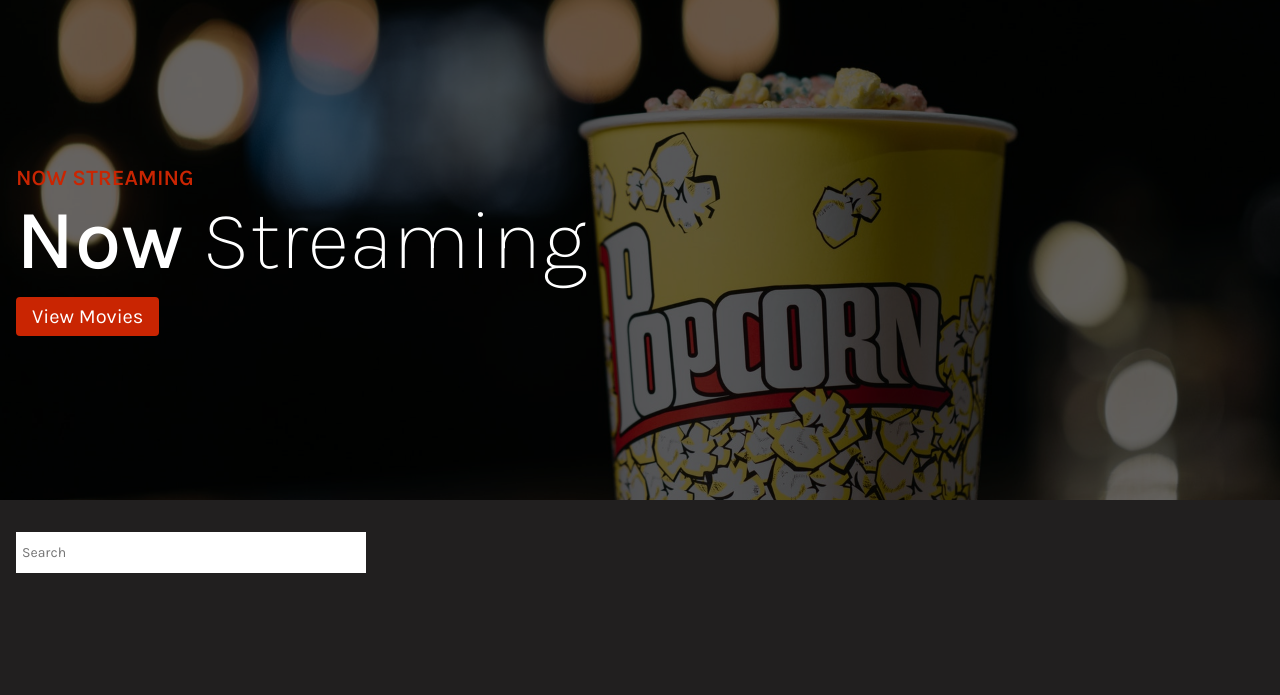
Repository: tomas938/films-overview
Page: /
An editor plug-in stored every save of this project. The page is shown before and after a run of saves, followed by the edit.
The browser window is 1280 px wide. The pictures show the whole page.
The page's requests for data from a server got no answer. The project was rebuilt for these pictures with package versions that can differ from the ones it lists, and the page was loaded fresh each time. The framework's server and built-in components were replaced by stand-ins that run in the browser. No one was signed in, and anything a server would have sent is missing. Also part of the build but not shown: nuxt.config.js.

Above is the page before, as saved 2021-08-26 21:42:47.

After the next 2 saves:
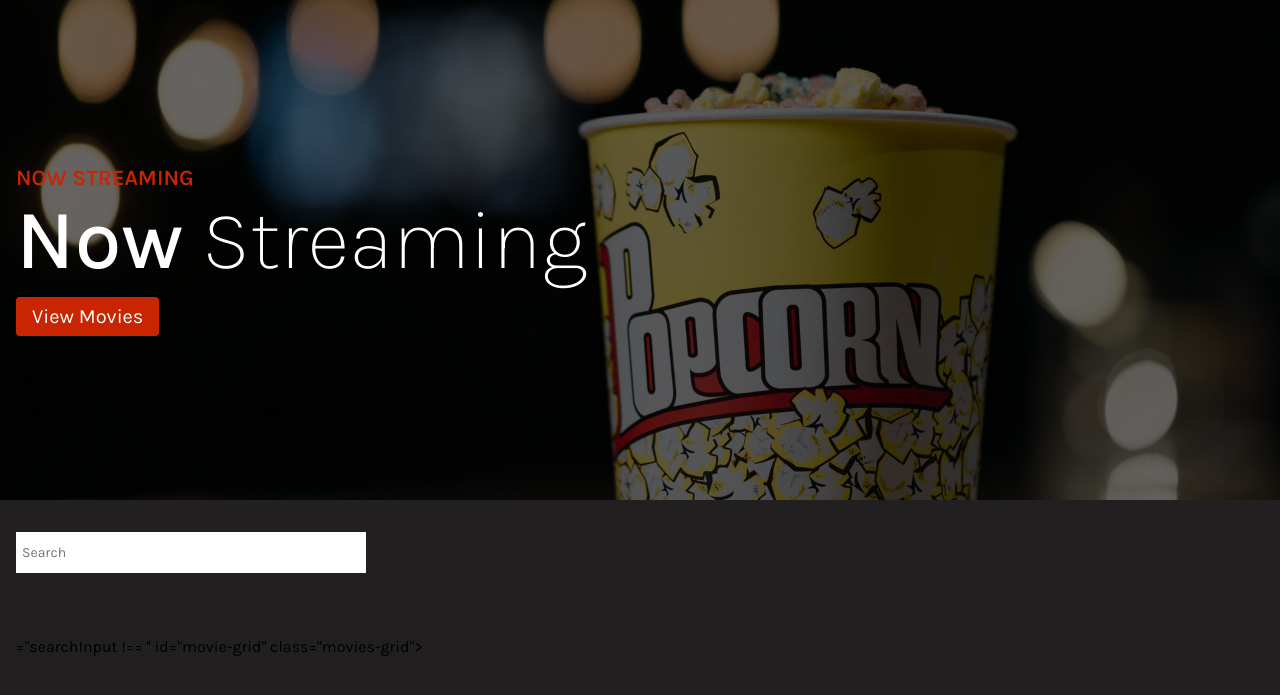
The 2 saves are shown as one change because 1 did not build or start.
The last was saved 32 s later.
--- a/pages/index.vue
+++ b/pages/index.vue
@@ -11,39 +11,7 @@
       <button v-show="searchInput !== ''" class="button">Clear Search</button>
     </div>
     <div class="container movies">
-      <div v-if="searchInput !== ''" id="movie-grid" class="movies-grid">
-        <div class="movie" v-for="(movie, index) in movies" :key="index">
-          <div class="movie-img">
-            <img
-              :src="`https://image.tmdb.org/t/p/w500/${movie.poster_path}`"
-              alt=""
-            />
-            <p class="review">{{ movie.vote_average }}</p>
-            <p class="overview">{{ movie.overview }}</p>
-          </div>
-          <div class="info">
-            <p class="title">
-              {{ movie.title.slice(0, 25)
-              }}<span v-if="movie.title.length > 25">...</span>
-            </p>
-            <p class="release">
-              Released:{{
-                new Date(movie.release_data).toLocaleString('en-us', {
-                  month: 'long',
-                  day: 'numeric',
-                  year: 'numeric',
-                })
-              }}
-            </p>
-            <Nuxt-link
-              class="button button-link"
-              :to="{ name: 'movies-movieid', params: { movieid: movie.id } }"
-              >Get More Info</Nuxt-link
-            >
-          </div>
-        </div>
-      </div>
-      <div v-if="searchInput !== ''" id="movie-grid" class="movies-grid">
+      <divv-if="searchInput !== '' id="movie-grid" class="movies-grid">
         <div
           class="movie"
           v-for="(movie, index) in searchedMovies"
@@ -77,6 +45,38 @@
                 name: 'movies-movieid',
                 params: { movieid: movie.id },
               }"
+              >Get More Info</Nuxt-link
+            >
+          </div>
+        </div>
+      </div>
+      <div v-if="searchInput !== ''" id="movie-grid" class="movies-grid">
+        <div class="movie" v-for="(movie, index) in movies" :key="index">
+          <div class="movie-img">
+            <img
+              :src="`https://image.tmdb.org/t/p/w500/${movie.poster_path}`"
+              alt=""
+            />
+            <p class="review">{{ movie.vote_average }}</p>
+            <p class="overview">{{ movie.overview }}</p>
+          </div>
+          <div class="info">
+            <p class="title">
+              {{ movie.title.slice(0, 25)
+              }}<span v-if="movie.title.length > 25">...</span>
+            </p>
+            <p class="release">
+              Released:{{
+                new Date(movie.release_data).toLocaleString('en-us', {
+                  month: 'long',
+                  day: 'numeric',
+                  year: 'numeric',
+                })
+              }}
+            </p>
+            <Nuxt-link
+              class="button button-link"
+              :to="{ name: 'movies-movieid', params: { movieid: movie.id } }"
               >Get More Info</Nuxt-link
             >
           </div>
